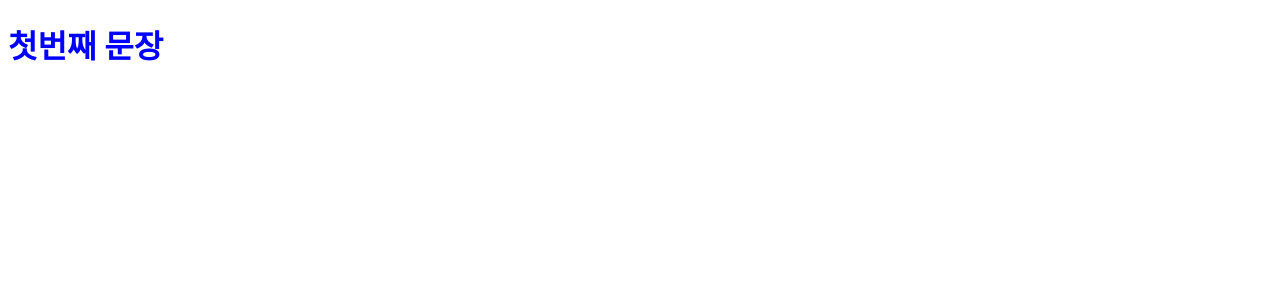
Repository: dhfkdlxm/Lecture-Web
Page: Lecture-Web/WebContent/jquery/exam10.html
The author's editor kept a copy of each file at every save. The page is drawn from the files as they stood at one save, then again after the next save.
The browser window is 1280 px wide. The pictures show the whole page.

Above is the page before, as saved 2021-06-17 02:46:47.

After the next save:
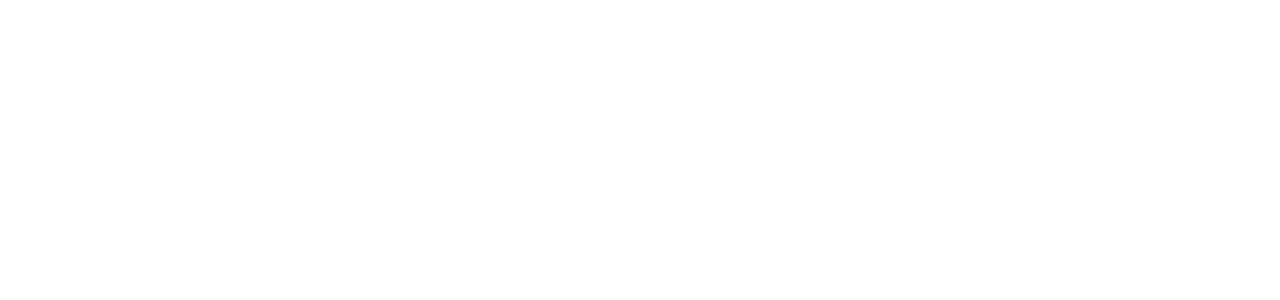
Console error: SyntaxError: Unexpected end of input
Saved 2 min 52 s later.
--- a/Lecture-Web/WebContent/jquery/exam10.html
+++ b/Lecture-Web/WebContent/jquery/exam10.html
@@ -30,12 +30,17 @@
 		 */
 
 		$('h1').fadeIn(3000, function() {
+			$(this).css('color', 'blue').slideUp(1000).slideDown(1000, function() {
+				$(this).css('background-color', 'yellow')
+			})
+			/*
 			$(this).css('color', 'blue')
 			$('h1').slideUp(1000)
 			$('h1').slideDown(1000, function() {
 				$(this).css('background-color', 'yellow')
 			})
 		})
+		*/
 
 	})
 </script>

After the 2 saves that followed:
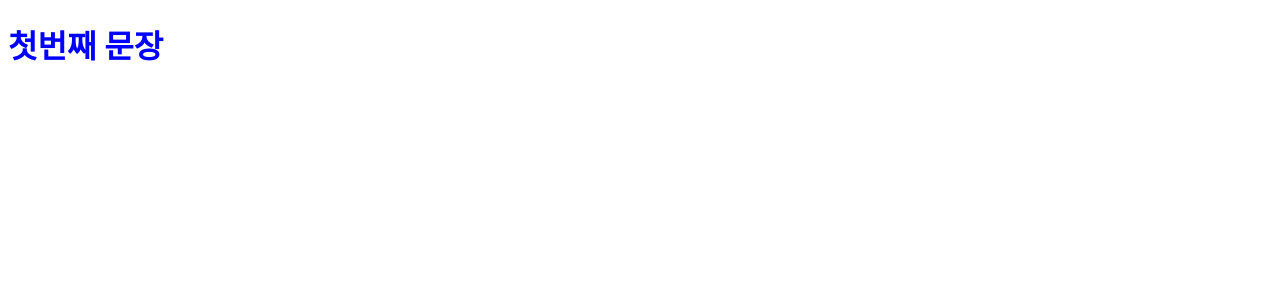
The error is gone.
The 2 saves are shown as one change because 1 left the picture as it was.
The last was saved 2 min 17 s later.
--- a/Lecture-Web/WebContent/jquery/exam10.html
+++ b/Lecture-Web/WebContent/jquery/exam10.html
@@ -10,39 +10,47 @@
 </style>
 <script type="text/javascript" src="js/jquery-3.6.0.min.js"></script>
 <script type="text/javascript">
-	$(document).ready(function() {
-		/*
-		//3초동안 첫번째 문장이 화면에 보여진후 "complete"내용의 경고창을 보여주기!
-		$('h1').slideDown(3000)
-		alert('complete..')
-		//이렇게 하면 alert창 부터 뜸...!!!
-		//이유는 : slideDown명령 끝 → (slideDown은 실행중~3초간)alert실행
+	$(document).ready(
+			function() {
+				/*
+				//3초동안 첫번째 문장이 화면에 보여진후 "complete"내용의 경고창을 보여주기!
+				$('h1').slideDown(3000)
+				alert('complete..')
+				//이렇게 하면 alert창 부터 뜸...!!!
+				//이유는 : slideDown명령 끝 → (slideDown은 실행중~3초간)alert실행
 
 
-		//해결방안으로 slideDown(시간초,  complete속성이 있음!)
-		$('h1').slideDown(3000, function() {
-			alert('complete..')
-		})
-		 */
-		/*
-			3초에 걸쳐 첫번째 문장을 보여준후, 글자색을 파란색으로 변경 한후
-			슬라이드 효과로 문장을 올라갔다 내려갔다 수행한 후 배경색을 노란색으로 변경
-		 */
+				//해결방안으로 slideDown(시간초,  complete속성이 있음!)
+				$('h1').slideDown(3000, function() {
+					alert('complete..')
+				})
+				 */
+				/*
+					3초에 걸쳐 첫번째 문장을 보여준후, 글자색을 파란색으로 변경 한후
+					슬라이드 효과로 문장을 올라갔다 내려갔다 수행한 후 배경색을 노란색으로 변경
+				 */
 
-		$('h1').fadeIn(3000, function() {
-			$(this).css('color', 'blue').slideUp(1000).slideDown(1000, function() {
-				$(this).css('background-color', 'yellow')
+				$('h1').fadeIn(
+						3000,
+						function() {
+							//함수체이닝 가능!(자기 자신객체를 리턴하기 때문에 가능함!)
+							$(this).css('color', 'blue').slideUp(1000)
+									.slideDown(
+											1000,
+											function() {
+												$(this).css('background-color',
+														'yellow')
+											})
+							/*
+							$(this).css('color', 'blue')
+							$('h1').slideUp(1000)
+							$('h1').slideDown(1000, function() {
+								$(this).css('background-color', 'yellow')
+							})
+							 */
+						})
+
 			})
-			/*
-			$(this).css('color', 'blue')
-			$('h1').slideUp(1000)
-			$('h1').slideDown(1000, function() {
-				$(this).css('background-color', 'yellow')
-			})
-		})
-		*/
-
-	})
 </script>
 </head>
 <body>
